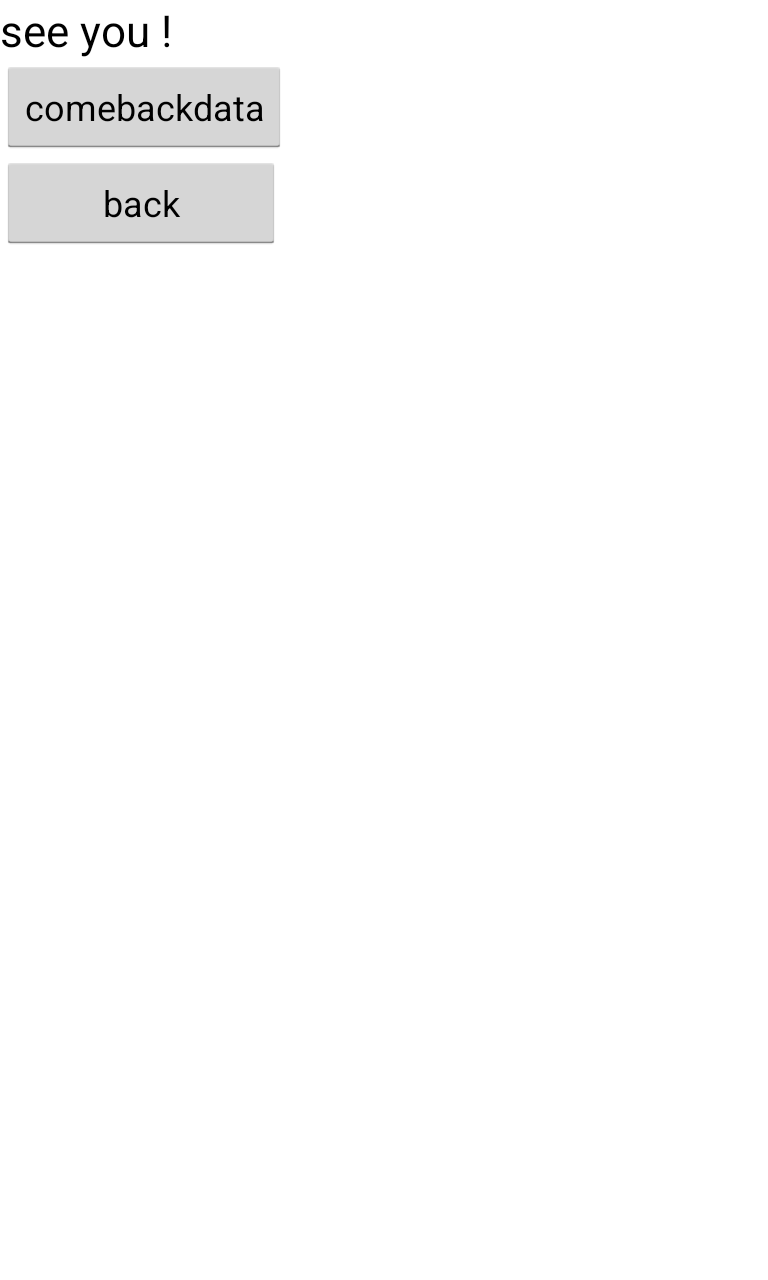
Repository: avenosu/android-coding-practice
Layout: Z001Activity/res/layout/aty1.xml
These files come from the project's save history. The layout is drawn as it stood at one moment and after the next save; the edit follows.
It is drawn on a 768 x 1280 px phone screen (xhdpi) without system bars, with theme AppTheme; the app's code is not run.

Above is the layout before, as saved 2015-03-24 11:41:43.

### Z001Activity/res/layout/aty1.xml
<?xml version="1.0" encoding="utf-8"?>
<LinearLayout xmlns:android="http://schemas.android.com/apk/res/android"
    android:layout_width="match_parent"
    android:layout_height="match_parent"
    android:orientation="vertical" >

    <TextView
        android:id="@+id/aty1_textView1"
        android:layout_width="wrap_content"
        android:layout_height="wrap_content"
        android:text="see you !"
        android:textAppearance="?android:attr/textAppearanceLarge" />

    <Button
        android:id="@+id/aty1_button1_comebackdata"
        android:layout_width="wrap_content"
        android:layout_height="wrap_content"
        android:text="comebackdata" />

    <Button
        android:id="@+id/aty1_button2_back"
        android:layout_width="141dp"
        android:layout_height="wrap_content"
        android:text="back" />

</LinearLayout>

Loaded but not shown: Z001Activity/res/values/styles.xml (common file); Z001Activity/res/values-v11/styles.xml (common file); Z001Activity/res/values-v14/styles.xml (common file)

After the next save:
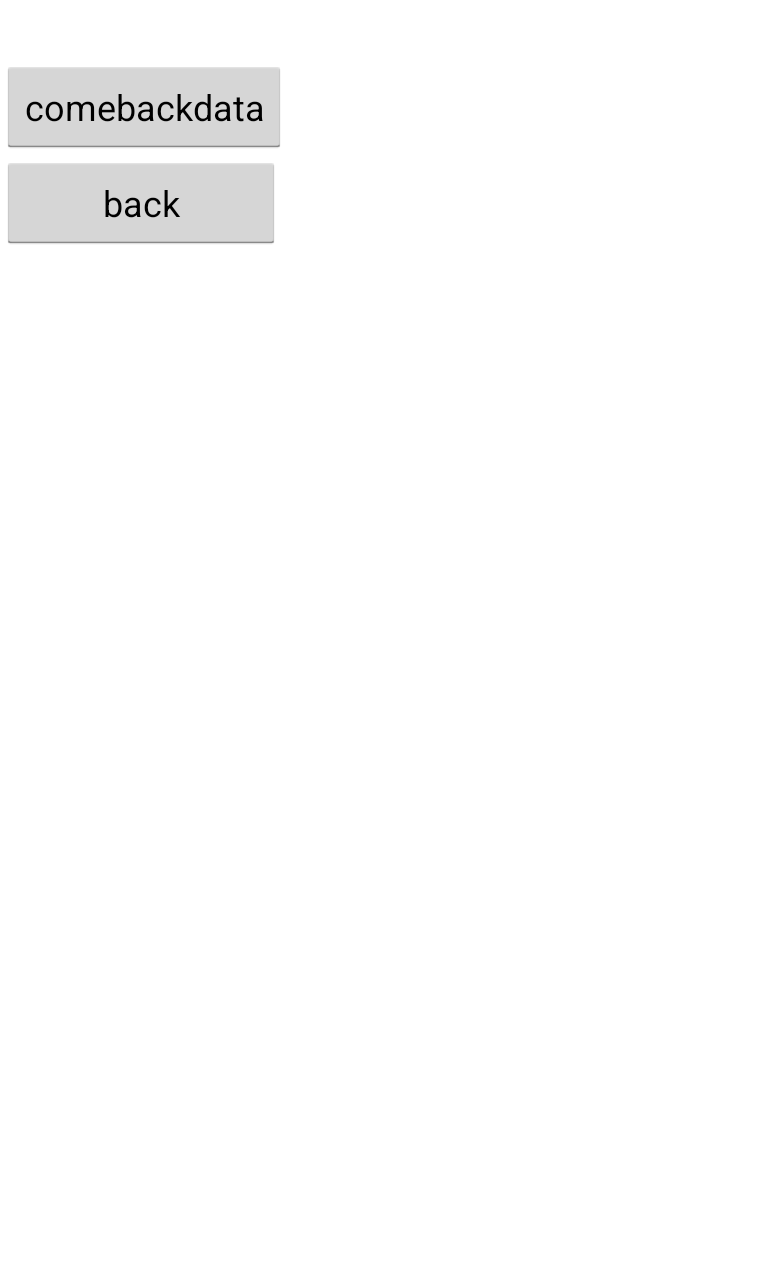
Saved 4 min 13 s later.
--- a/Z001Activity/res/layout/aty1.xml
+++ b/Z001Activity/res/layout/aty1.xml
@@ -8,7 +8,7 @@
         android:id="@+id/aty1_textView1"
         android:layout_width="wrap_content"
         android:layout_height="wrap_content"
-        android:text="see you !"
+        android:text=" "
         android:textAppearance="?android:attr/textAppearanceLarge" />
 
     <Button
